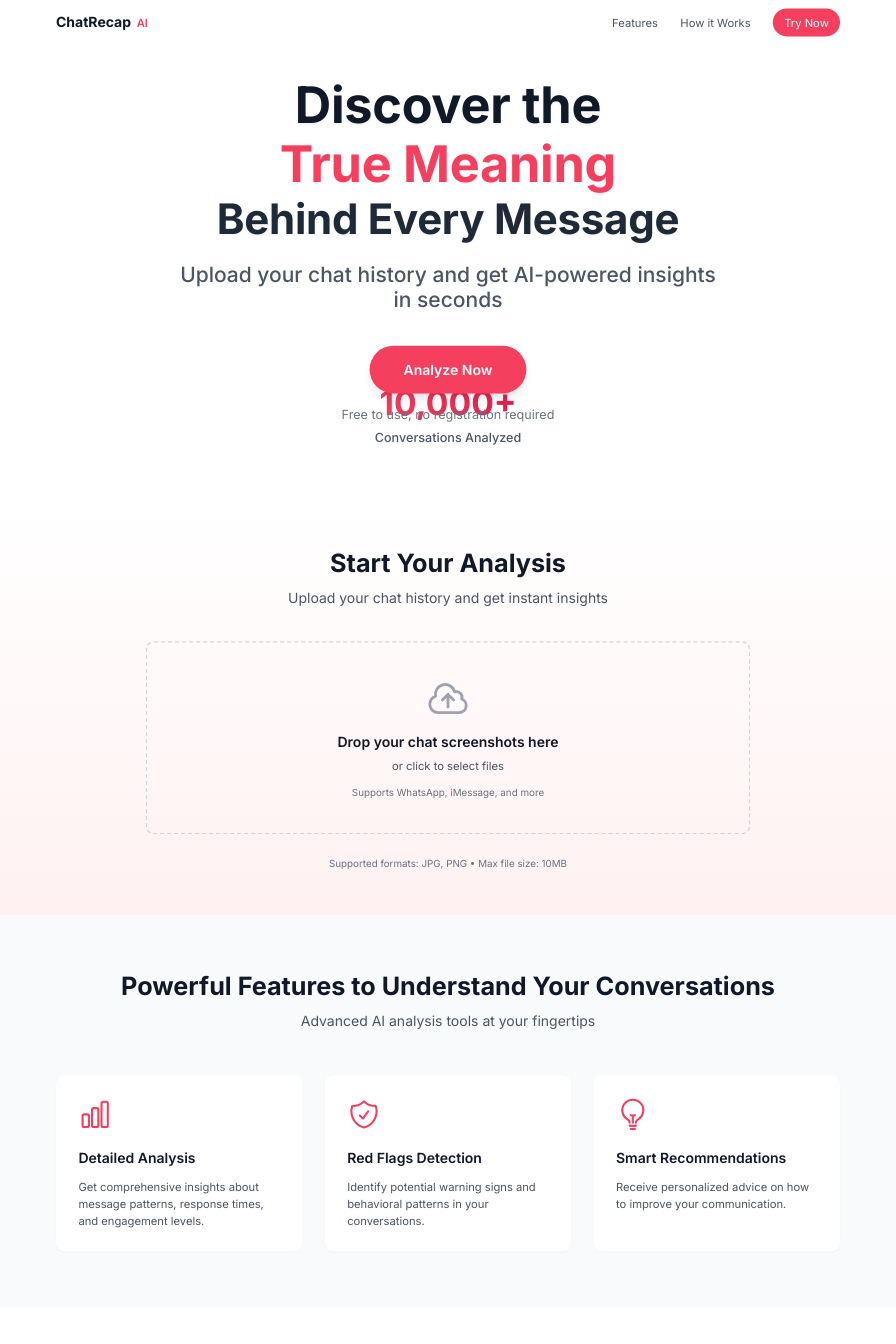
Repository: eurekabot123/chatrecap-ai
Page: /
The author's editor kept a copy of each file at every save. The page is drawn from the files as they stood at one save, then again after the next save.
The browser window is 1280 px wide. The pictures show the part of the page from y = 0 to 1920 px (the page is 3617 px tall), at 70% of full size.
The project was rebuilt for these pictures with package versions that can differ from the ones it lists, and the page was loaded fresh each time. The framework's server and built-in components were replaced by stand-ins that run in the browser. Also part of the build but not shown: next.config.ts.

Above is the page before, as saved 2025-01-13 02:20:44.

### src/app/layout.tsx
import './globals.css'
import type { Metadata } from 'next'
import { Inter } from 'next/font/google'
import Navbar from '@/components/layout/Navbar'
import Footer from '@/components/layout/Footer'

const inter = Inter({ subsets: ['latin'] })

export const metadata: Metadata = {
  title: 'ChatRecap AI - Discover the True Meaning Behind Every Message',
  description: 'Upload your chat history and get AI-powered insights in seconds',
}

export default function RootLayout({
  children,
}: {
  children: React.ReactNode
}) {
  return (
    <html lang="zh">
      <body className={inter.className}>
        <Navbar />
        {children}
        <Footer />
      </body>
    </html>
  )
}

### src/app/page.tsx
import Hero from '@/components/home/Hero'
import Features from '@/components/home/Features'
import Demo from '@/components/home/Demo'
import Upload from '@/components/home/Upload'
import Testimonials from '@/components/home/Testimonials'

export default async function Home() {
  return (
    <main className="min-h-screen bg-gradient-to-b from-white via-white to-gray-50">
      <div className="max-w-7xl mx-auto">
        <Hero />
        <Upload />
        <Features />
        <Demo />
        <Testimonials />
      </div>
    </main>
  )
}

### src/app/globals.css
@tailwind base;
@tailwind components;
@tailwind utilities;

:root {
  --background: #ffffff;
  --foreground: #171717;
}

@media (prefers-color-scheme: dark) {
  :root {
    --background: #0a0a0a;
    --foreground: #ededed;
  }
}

body {
  color: var(--foreground);
  background: var(--background);
  font-family: Arial, Helvetica, sans-serif;
}

h1 {
  text-shadow: 0 2px 4px rgba(0,0,0,0.05);
}

.gradient-text {
  background-clip: text;
  -webkit-background-clip: text;
}

### src/components/layout/Navbar.tsx
'use client'

import { motion } from 'framer-motion'
import Link from 'next/link'

export default function Navbar() {
  return (
    <motion.nav
      className="fixed w-full z-50 bg-white/80 backdrop-blur-md"
      initial={{ y: -100 }}
      animate={{ y: 0 }}
      transition={{ duration: 0.5 }}
    >
      <div className="max-w-6xl mx-auto px-4">
        <div className="flex items-center justify-between h-16">
          {/* Logo */}
          <Link href="/" className="flex items-center space-x-2">
            <span className="text-xl font-bold text-gray-900">ChatRecap</span>
            <span className="text-primary-500 font-semibold">AI</span>
          </Link>

          {/* Navigation Links */}
          <div className="hidden md:flex items-center space-x-8">
            <Link href="#features" className="text-gray-600 hover:text-gray-900">Features</Link>
            <Link href="#how-it-works" className="text-gray-600 hover:text-gray-900">How it Works</Link>
            <button className="bg-primary-500 text-white px-4 py-2 rounded-full hover:bg-primary-600 transition-colors">
              Try Now
            </button>
          </div>
        </div>
      </div>
    </motion.nav>
  )
}

### src/components/layout/Footer.tsx
export default function Footer() {
  return (
    <footer className="bg-gray-50 py-12">
      <div className="max-w-6xl mx-auto px-4">
        <div className="grid grid-cols-1 md:grid-cols-4 gap-8">
          {/* Brand Section */}
          <div className="col-span-1 md:col-span-2">
            <div className="flex items-center space-x-2 mb-4">
              <span className="text-xl font-bold text-gray-900">ChatRecap</span>
              <span className="text-primary-500 font-semibold">AI</span>
            </div>
            <p className="text-gray-600 max-w-sm">
              Advanced AI-powered chat analysis to help you understand your conversations better.
            </p>
          </div>

          {/* Links Section */}
          <div>
            <h3 className="font-semibold text-gray-900 mb-4">Product</h3>
            <ul className="space-y-2">
              <li><a href="#features" className="text-gray-600 hover:text-gray-900">Features</a></li>
              <li><a href="#how-it-works" className="text-gray-600 hover:text-gray-900">How it Works</a></li>
              <li><a href="#pricing" className="text-gray-600 hover:text-gray-900">Pricing</a></li>
            </ul>
          </div>

          {/* Legal Section */}
          <div>
            <h3 className="font-semibold text-gray-900 mb-4">Legal</h3>
            <ul className="space-y-2">
              <li><a href="/privacy" className="text-gray-600 hover:text-gray-900">Privacy Policy</a></li>
              <li><a href="/terms" className="text-gray-600 hover:text-gray-900">Terms of Service</a></li>
            </ul>
          </div>
        </div>

        {/* Bottom Section */}
        <div className="border-t border-gray-200 mt-12 pt-8">
          <p className="text-center text-gray-600">
            © {new Date().getFullYear()} ChatRecap AI. All rights reserved.
          </p>
        </div>
      </div>
    </footer>
  )
}

### src/components/home/Hero.tsx
import { HeroActions, TrustSignals } from './HeroClient'

export default function Hero() {
  return (
    <div className="relative min-h-screen flex flex-col items-center justify-center px-4">
      <div className="text-center max-w-5xl">
        <h1 className="font-bold tracking-tight">
          <div className="text-6xl md:text-7xl text-gray-900 mb-3">Discover the</div>
          <div className="text-6xl md:text-7xl text-primary-500 mb-3">True Meaning</div>
          <div className="text-5xl md:text-6xl text-gray-800">Behind Every Message</div>
        </h1>

        <p className="text-2xl md:text-3xl text-gray-600 mt-8 mb-12 font-medium max-w-3xl mx-auto leading-relaxed">
          Upload your chat history and get AI-powered insights in seconds
        </p>

        <HeroActions />
      </div>

      <div className="absolute bottom-20">
        <TrustSignals />
      </div>
    </div>
  )
}

### src/components/home/Features.tsx
'use client'

import { motion } from 'framer-motion'
import { ChartBarIcon, ShieldCheckIcon, LightBulbIcon } from '@heroicons/react/24/outline'

type Feature = {
  icon: React.ElementType;
  title: string;
  description: string;
}

const features = [
  {
    icon: ChartBarIcon,
    title: "Detailed Analysis",
    description: "Get comprehensive insights about message patterns, response times, and engagement levels."
  },
  {
    icon: ShieldCheckIcon,
    title: "Red Flags Detection",
    description: "Identify potential warning signs and behavioral patterns in your conversations."
  },
  {
    icon: LightBulbIcon,
    title: "Smart Recommendations",
    description: "Receive personalized advice on how to improve your communication."
  }
]

function FeatureCards({ features }: { features: Feature[] }) {
  return (
    <div className="grid md:grid-cols-3 gap-8">
      {features.map((feature, index) => (
        <motion.div
          key={feature.title}
          className="bg-white rounded-xl p-8 shadow-sm hover:shadow-md transition-shadow"
          initial={{ opacity: 0, y: 20 }}
          whileInView={{ opacity: 1, y: 0 }}
          viewport={{ once: true }}
          transition={{ duration: 0.5, delay: index * 0.1 }}
        >
          <feature.icon className="w-12 h-12 text-primary-500 mb-6" />
          <h3 className="text-xl font-semibold text-gray-900 mb-4">
            {feature.title}
          </h3>
          <p className="text-gray-600">
            {feature.description}
          </p>
        </motion.div>
      ))}
    </div>
  )
}

export default function Features() {
  return (
    <section className="py-20 bg-gray-50">
      <div className="max-w-6xl mx-auto px-4">
        <div className="text-center mb-16">
          <h2 className="text-3xl md:text-4xl font-bold text-gray-900 mb-4">
            Powerful Features to Understand Your Conversations
          </h2>
          <p className="text-xl text-gray-600">
            Advanced AI analysis tools at your fingertips
          </p>
        </div>

        <FeatureCards features={features} />
      </div>
    </section>
  )
}

### src/components/home/Demo.tsx
'use client'

import { motion } from 'framer-motion'
import Image from 'next/image'

export default function Demo() {
  return (
    <section className="py-20 bg-gradient-to-b from-white to-gray-50">
      <div className="max-w-6xl mx-auto px-4">
        <motion.div
          className="text-center mb-16"
          initial={{ opacity: 0, y: 20 }}
          whileInView={{ opacity: 1, y: 0 }}
          viewport={{ once: true }}
        >
          <h2 className="text-3xl md:text-4xl font-bold text-gray-900 mb-4">
            See How It Works
          </h2>
          <p className="text-xl text-gray-600">
            Transform your chat history into actionable insights
          </p>
        </motion.div>

        <div className="grid md:grid-cols-2 gap-12 items-center">
          <motion.div
            initial={{ opacity: 0, x: -20 }}
            whileInView={{ opacity: 1, x: 0 }}
            viewport={{ once: true }}
          >
            <div className="space-y-6">
              <div className="flex items-start space-x-4">
                <span className="flex-shrink-0 w-8 h-8 rounded-full bg-primary-100 text-primary-600 flex items-center justify-center">1</span>
                <div>
                  <h3 className="text-xl font-semibold mb-2">Upload Your Chat</h3>
                  <p className="text-gray-600">Simply upload your chat screenshots or export files. We support all major messaging platforms.</p>
                </div>
              </div>
              <div className="flex items-start space-x-4">
                <span className="flex-shrink-0 w-8 h-8 rounded-full bg-primary-100 text-primary-600 flex items-center justify-center">2</span>
                <div>
                  <h3 className="text-xl font-semibold mb-2">AI Analysis</h3>
                  <p className="text-gray-600">Our advanced AI analyzes communication patterns, sentiment, and engagement levels.</p>
                </div>
              </div>
              <div className="flex items-start space-x-4">
                <span className="flex-shrink-0 w-8 h-8 rounded-full bg-primary-100 text-primary-600 flex items-center justify-center">3</span>
                <div>
                  <h3 className="text-xl font-semibold mb-2">Get Insights</h3>
                  <p className="text-gray-600">Receive detailed analysis and actionable recommendations to improve your relationships.</p>
                </div>
              </div>
            </div>
          </motion.div>

          <motion.div
            className="relative h-[600px] rounded-xl overflow-hidden shadow-2xl"
            initial={{ opacity: 0, x: 20 }}
            whileInView={{ opacity: 1, x: 0 }}
            viewport={{ once: true }}
          >
            <Image
              src="/demo-analysis.png"
              alt="Chat Analysis Demo"
              fill
              className="object-cover"
            />
          </motion.div>
        </div>
      </div>
    </section>
  )
}

### src/components/home/Upload.tsx
import { UploadArea } from './UploadClient'

export default function Upload() {
  return (
    <section className="py-16 bg-gradient-to-b from-white to-primary-50">
      <div className="max-w-4xl mx-auto px-4">
        <div className="text-center mb-12">
          <h2 className="text-3xl md:text-4xl font-bold text-gray-900 mb-4">
            Start Your Analysis
          </h2>
          <p className="text-xl text-gray-600">
            Upload your chat history and get instant insights
          </p>
        </div>

        <UploadArea />

        <div className="mt-8 text-center">
          <p className="text-sm text-gray-500">
            Supported formats: JPG, PNG • Max file size: 10MB
          </p>
        </div>
      </div>
    </section>
  )
}

### src/components/home/Testimonials.tsx
'use client'

import { motion } from 'framer-motion'

const testimonials = [
  {
    quote: "This tool helped me understand why my conversations weren't going as planned. Game changer!",
    author: "Sarah M.",
    title: "Early Access User"
  },
  {
    quote: "The insights are incredibly accurate. It's like having a relationship expert in your pocket.",
    author: "James K.",
    title: "Beta Tester"
  },
  {
    quote: "I wish I had this tool months ago. It would have saved me from so many misunderstandings.",
    author: "Alex R.",
    title: "Early Access User"
  }
]

export default function Testimonials() {
  return (
    <section className="py-20 bg-white">
      <div className="max-w-6xl mx-auto px-4">
        <motion.div
          className="text-center mb-16"
          initial={{ opacity: 0, y: 20 }}
          whileInView={{ opacity: 1, y: 0 }}
          viewport={{ once: true }}
        >
          <h2 className="text-3xl md:text-4xl font-bold text-gray-900 mb-4">
            What Early Users Say
          </h2>
          <p className="text-xl text-gray-600">
            Join thousands of users who are improving their relationships
          </p>
        </motion.div>

        <div className="grid md:grid-cols-3 gap-8">
          {testimonials.map((testimonial, index) => (
            <motion.div
              key={index}
              className="bg-gray-50 p-8 rounded-xl"
              initial={{ opacity: 0, y: 20 }}
              whileInView={{ opacity: 1, y: 0 }}
              viewport={{ once: true }}
              transition={{ delay: index * 0.1 }}
            >
              <p className="text-gray-600 mb-6 italic">"{testimonial.quote}"</p>
              <div>
                <p className="font-semibold text-gray-900">{testimonial.author}</p>
                <p className="text-gray-500 text-sm">{testimonial.title}</p>
              </div>
            </motion.div>
          ))}
        </div>
      </div>
    </section>
  )
}

### src/components/home/HeroClient.tsx
'use client'

import { motion } from 'framer-motion'

export function HeroActions() {
  return (
    <motion.div
      initial={{ opacity: 0, y: 20 }}
      animate={{ opacity: 1, y: 0 }}
      transition={{ duration: 0.5, delay: 0.4 }}
      className="relative z-10"
    >
      <button className="bg-primary-500 text-white px-12 py-5 rounded-full text-xl font-semibold hover:bg-primary-600 transition-colors shadow-lg hover:shadow-xl">
        Analyze Now
      </button>
      <p className="mt-4 text-gray-500 text-lg">
        Free to use, no registration required
      </p>
    </motion.div>
  )
}

export function TrustSignals() {
  return (
    <motion.div
      className="text-center space-y-3"
      initial={{ opacity: 0 }}
      animate={{ opacity: 1 }}
      transition={{ duration: 0.5, delay: 0.6 }}
    >
      <p className="text-4xl md:text-5xl font-bold bg-clip-text text-transparent bg-gradient-to-r from-primary-500 to-primary-600">
        10,000+
      </p>
      <p className="text-lg text-gray-600 font-medium">
        Conversations Analyzed
      </p>
    </motion.div>
  )
}

### src/components/home/UploadClient.tsx
'use client'

import { useState } from 'react'
import { motion } from 'framer-motion'
import { CloudArrowUpIcon, EnvelopeIcon } from '@heroicons/react/24/outline'

export function UploadArea() {
  const [isDragging, setIsDragging] = useState(false)
  const [showEarlyAccess, setShowEarlyAccess] = useState(false)
  const [email, setEmail] = useState('')
  const [isSubmitted, setIsSubmitted] = useState(false)

  const handleDragOver = (e: React.DragEvent) => {
    e.preventDefault()
    setIsDragging(true)
  }

  const handleDragLeave = (e: React.DragEvent) => {
    e.preventDefault()
    setIsDragging(false)
  }

  const handleDrop = (e: React.DragEvent) => {
    e.preventDefault()
    setIsDragging(false)
    setShowEarlyAccess(true)
  }

  const handleSubmitEmail = (e: React.FormEvent) => {
    e.preventDefault()
    // 这里可以添加实际的邮件收集逻辑
    setIsSubmitted(true)
  }

  return (
    <div className="relative">
      <div
        className={`
          border-2 border-dashed rounded-xl p-12
          flex flex-col items-center justify-center
          transition-colors cursor-pointer
          ${isDragging ? 'border-primary-500 bg-primary-50' : 'border-gray-300 hover:border-primary-400'}
        `}
        onDragOver={handleDragOver}
        onDragLeave={handleDragLeave}
        onDrop={handleDrop}
        onClick={() => !showEarlyAccess && document.getElementById('file-input')?.click()}
      >
        <input
          type="file"
          id="file-input"
          className="hidden"
          accept="image/*"
          multiple
          onChange={() => setShowEarlyAccess(true)}
        />

        {!showEarlyAccess ? (
          <>
            <CloudArrowUpIcon className={`w-16 h-16 mb-4 ${isDragging ? 'text-primary-500' : 'text-gray-400'}`} />
            <h3 className="text-xl font-semibold text-gray-900 mb-2">
              Drop your chat screenshots here
            </h3>
            <p className="text-gray-600 mb-4">
              or click to select files
            </p>
            <p className="text-sm text-gray-500">
              Supports WhatsApp, iMessage, and more
            </p>
          </>
        ) : (
          <motion.div
            initial={{ opacity: 0, scale: 0.95 }}
            animate={{ opacity: 1, scale: 1 }}
            className="text-center"
          >
            {!isSubmitted ? (
              <>
                <h3 className="text-2xl font-bold text-gray-900 mb-4">
                  🚀 Coming Soon!
                </h3>
                <p className="text-gray-600 mb-6">
                  Be among the first to experience our AI-powered chat analysis.
                  Join our waiting list for early access!
                </p>
                <form onSubmit={handleSubmitEmail} className="space-y-4">
                  <div className="flex max-w-md mx-auto">
                    <input
                      type="email"
                      value={email}
                      onChange={(e) => setEmail(e.target.value)}
                      placeholder="Enter your email"
                      className="flex-1 px-4 py-2 border border-gray-300 rounded-l-lg focus:outline-none focus:ring-2 focus:ring-primary-500"
                      required
                    />
                    <button
                      type="submit"
                      className="px-6 py-2 bg-primary-500 text-white rounded-r-lg hover:bg-primary-600 transition-colors"
                    >
                      Join
                    </button>
                  </div>
                </form>
              </>
            ) : (
              <>
                <h3 className="text-2xl font-bold text-gray-900 mb-4">
                  🎉 You're on the list!
                </h3>
                <p className="text-gray-600">
                  We'll notify you as soon as we launch. Thank you for your interest!
                </p>
              </>
            )}
          </motion.div>
        )}
      </div>
    </div>
  )
}

### tailwind.config.js
/** @type {import('tailwindcss').Config} */
module.exports = {
  content: [
    './src/pages/**/*.{js,ts,jsx,tsx,mdx}',
    './src/components/**/*.{js,ts,jsx,tsx,mdx}',
    './src/app/**/*.{js,ts,jsx,tsx,mdx}',
  ],
  theme: {
    extend: {
      colors: {
        primary: {
          50: '#fff1f2',
          100: '#ffe4e6',
          200: '#fecdd3',
          300: '#fda4af',
          400: '#fb7185',
          500: '#f43f5e',
          600: '#e11d48',
          700: '#be123c',
          800: '#9f1239',
          900: '#881337',
        },
      },
    },
  },
  plugins: [],
}

After the next save:
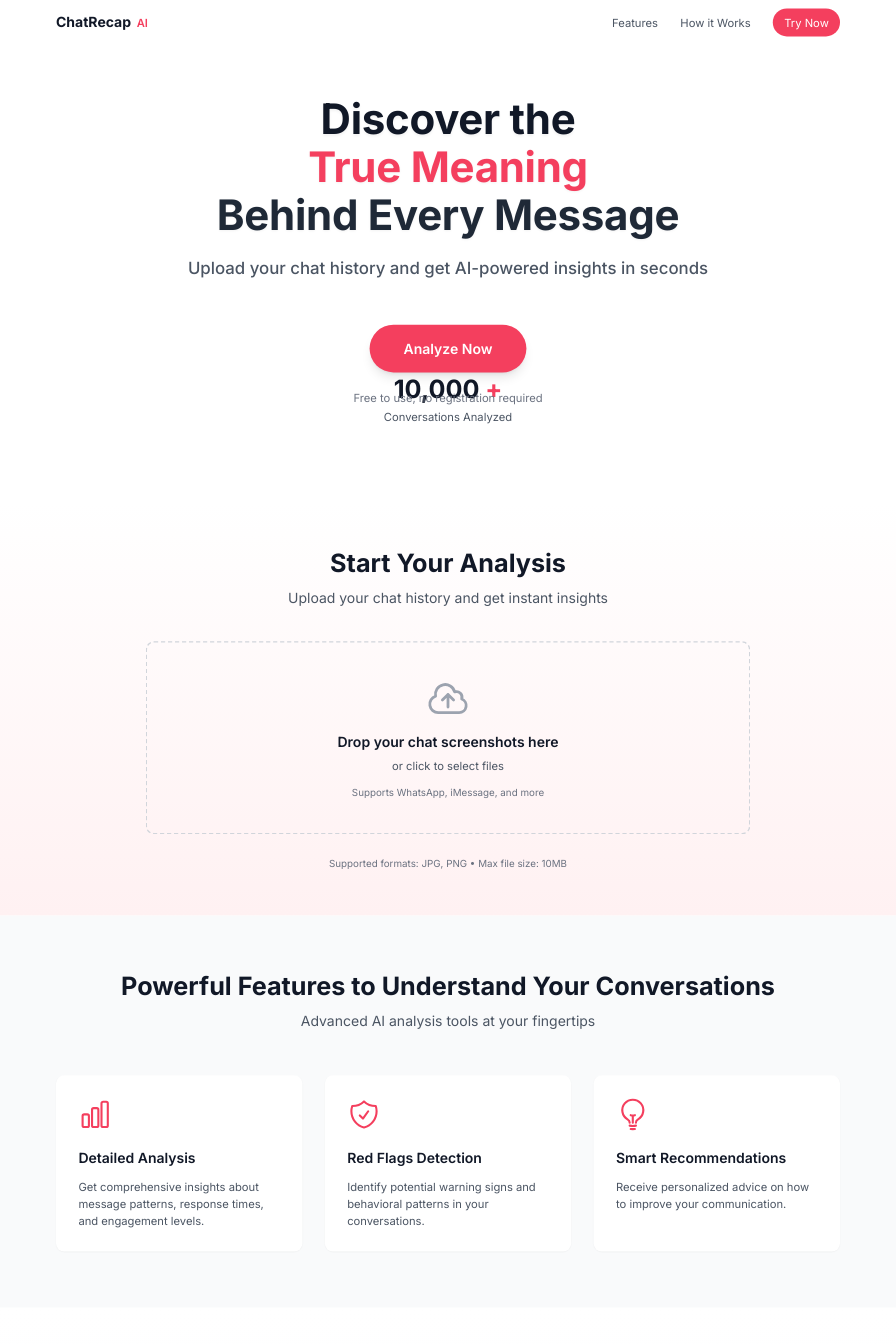
Saved 5 min 14 s later.
--- a/src/components/home/Hero.tsx
+++ b/src/components/home/Hero.tsx
@@ -3,21 +3,21 @@ import { HeroActions, TrustSignals } from './HeroClient'
 export default function Hero() {
   return (
     <div className="relative min-h-screen flex flex-col items-center justify-center px-4">
-      <div className="text-center max-w-5xl">
+      <div className="text-center max-w-[1200px]">
         <h1 className="font-bold tracking-tight">
-          <div className="text-6xl md:text-7xl text-gray-900 mb-3">Discover the</div>
-          <div className="text-6xl md:text-7xl text-primary-500 mb-3">True Meaning</div>
+          <div className="text-5xl md:text-6xl text-gray-900 mb-2">Discover the</div>
+          <div className="text-5xl md:text-6xl text-primary-500 mb-2">True Meaning</div>
           <div className="text-5xl md:text-6xl text-gray-800">Behind Every Message</div>
         </h1>
 
-        <p className="text-2xl md:text-3xl text-gray-600 mt-8 mb-12 font-medium max-w-3xl mx-auto leading-relaxed">
+        <p className="text-xl md:text-2xl text-gray-600 mt-8 mb-16 font-medium max-w-3xl mx-auto leading-relaxed">
           Upload your chat history and get AI-powered insights in seconds
         </p>
 
         <HeroActions />
       </div>
 
-      <div className="absolute bottom-20">
+      <div className="absolute bottom-28">
         <TrustSignals />
       </div>
     </div>
--- a/src/components/home/HeroClient.tsx
+++ b/src/components/home/HeroClient.tsx
@@ -13,7 +13,7 @@ export function HeroActions() {
       <button className="bg-primary-500 text-white px-12 py-5 rounded-full text-xl font-semibold hover:bg-primary-600 transition-colors shadow-lg hover:shadow-xl">
         Analyze Now
       </button>
-      <p className="mt-4 text-gray-500 text-lg">
+      <p className="mt-6 text-base text-gray-500">
         Free to use, no registration required
       </p>
     </motion.div>
@@ -23,15 +23,16 @@ export function HeroActions() {
 export function TrustSignals() {
   return (
     <motion.div
-      className="text-center space-y-3"
+      className="text-center space-y-2"
       initial={{ opacity: 0 }}
       animate={{ opacity: 1 }}
       transition={{ duration: 0.5, delay: 0.6 }}
     >
-      <p className="text-4xl md:text-5xl font-bold bg-clip-text text-transparent bg-gradient-to-r from-primary-500 to-primary-600">
-        10,000+
-      </p>
-      <p className="text-lg text-gray-600 font-medium">
+      <div className="flex items-center justify-center space-x-2">
+        <span className="text-4xl font-bold text-gray-900">10,000</span>
+        <span className="text-4xl font-bold text-primary-500">+</span>
+      </div>
+      <p className="text-base text-gray-600">
         Conversations Analyzed
       </p>
     </motion.div>
